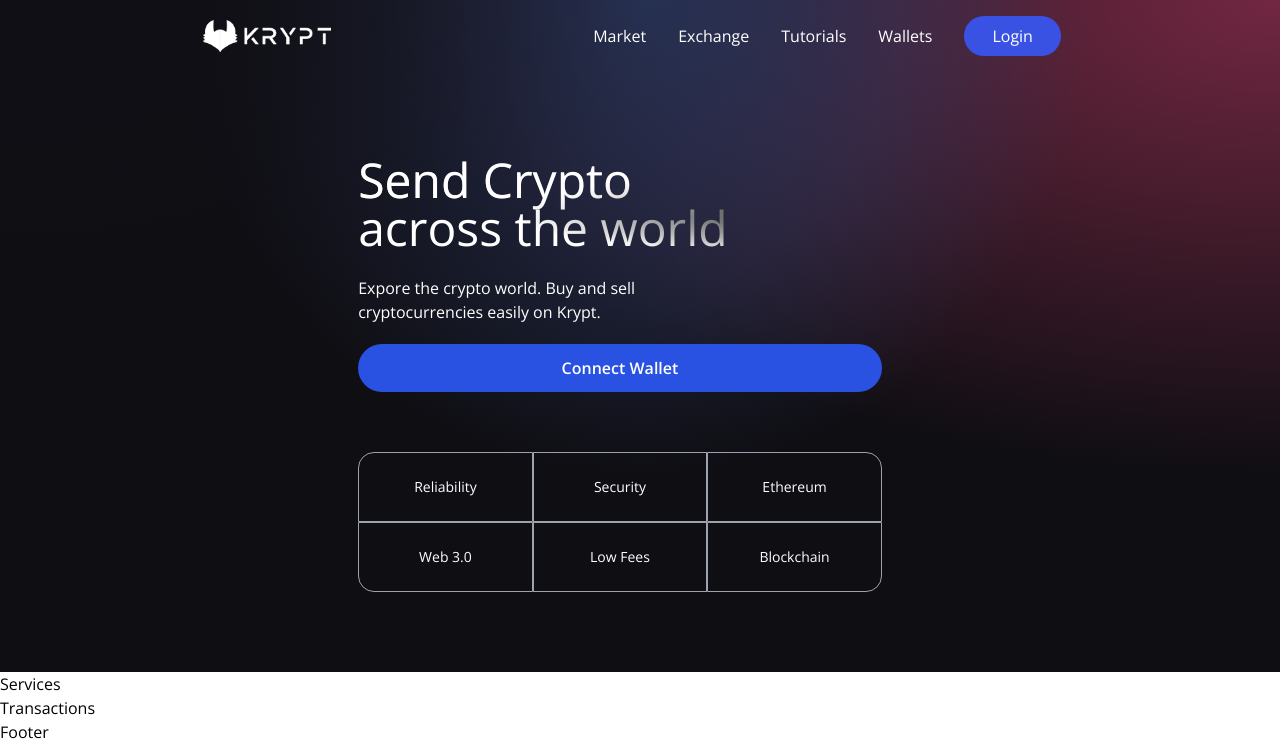
Repository: stephan-chiorean/krypt
Page: / (app in client/)
An editor plug-in stored every save of this project. The page is shown before and after the next save, followed by the edit.
The browser window is 1280 px wide. The pictures show the whole page.
The project was rebuilt for these pictures with package versions that can differ from the ones it lists, and the page was loaded fresh each time. Also part of the build but not shown: client/vite.config.js, client/src/components/Loader.jsx.

Above is the page before, as saved 2023-03-28 15:17:23.

### client/src/App.jsx
import {Navbar, Welcome, Footer, Services, Transactions} from './components';

const App = () => {

  return (
    <div className="min-h-screen">
      <div className="gradient-bg-welcome">
        <Navbar/>
        <Welcome/>
      </div>
      <Services/>
      <Transactions/>
      <Footer/>
    </div>
  )
}

export default App

### client/src/components/index.js
export {default as Loader} from './Loader';
export {default as Navbar} from './Navbar';
export {default as Footer} from './Footer';
export {default as Welcome} from './Welcome';
export {default as Transactions} from './Transactions';
export {default as Services} from './Services';

### client/src/components/Navbar.jsx
import { HiMenuAlt4 } from 'react-icons/hi';
import { AiOutlineClose } from 'react-icons/ai';
import { useState } from 'react';

import logo from '../../images/logo.png';

const NavbarItem = ({ title, classProps }) => {
  return <li className={`mx-4 cursor-pointer ${classProps}`}>{title}</li>;
};
export default () => {
  const [toggleMenu, setToggleMenu] = useState(false);
  return (
    <nav className='w-full flex md:justify-center justify-between items-center p-4'>
      <div className='md:flex-[0.5] flex-initial justify-center items-center'>
        <img src={logo} alt='logo' className='w-32 cursor-pointer' />
      </div>
      <ul className='text-white md:flex hidden list-none flex-row justify-between items-center flex-initial'>
        {['Market', 'Exchange', 'Tutorials', 'Wallets'].map((item, index) => (
          <NavbarItem key={item + index} title={item} />
        ))}
        <li className='bg-[#3952e3] py-2 px-7 mx-4 rounded-full cursor-pointer hover:bg-[#2546bd]'>
          Login
        </li>
      </ul>
      <div className='flex relative'>
        {toggleMenu ? (
          <AiOutlineClose
            fontSize={28}
            className='text-white md:hidden cursor-pointer'
            onClick={() => setToggleMenu(false)}
          />
        ) : (
          <HiMenuAlt4
            fontSize={28}
            className='text-white md:hidden cursor-pointer'
            onClick={() => setToggleMenu(true)}
          />
        )}
        {toggleMenu && (
          <ul className="z-10 fixed top-0 -right-2 p-3 w-[70vw] h-screen shadow-2xl md:hidden list-none flex flex-col justify-start items-end rounded-md blue-glassmorphism text-white animate-slide-in">
            <li className='text-xl w-full my-2'>
              <AiOutlineClose onClick={() => setToggleMenu(false)} className="cursor-pointer"/>
            </li>
            {['Market', 'Exchange', 'Tutorials', 'Wallets'].map(
              (item, index) => (
                <NavbarItem key={item + index} title={item} classProps="my-2 text-lg"/>
              )
            )}
          </ul>
        )}
      </div>
    </nav>
  );
};

### client/src/components/Footer.jsx
import React from 'react'

export default() => {
  return (
    <div>Footer</div>
  )
}

### client/src/components/Welcome.jsx
import {AiFillPlayCircle} from "react-icons/ai"
import {SiEthereum} from "react-icons/si";
import {BsInfoCircle} from "react-icons/bs";
import {Loader} from './'
const commonStyles = 'min-h-[70px] sm:px-0 px-2 sm:min-w-[120px] flex justify-center items-center border-[0.5px] border-gray-400 text-sm font-light text-white'


export default() => {
  const connectWallet = () => {

  }
  return (
    <div className="flex w-full justify-center items-center">
      <div className="flex md:flex-row flex-col itesm-start justify-between md:p-20 py-12 px-4">
        <div className="flex flex-1 justify-start flex-col md:mr-10">
          <h1 className="text-3xl sm:text-5xl text-white text-gradient py-1">Send Crypto <br/> across the world</h1>
          <p className="text-left mt-5 text-white font-light md:w-9/12 w-11/12 text-base">
            Expore the crypto world. Buy and sell cryptocurrencies easily on Krypt.
          </p>
          <button type="button" onClick={connectWallet} className="flex flex-row justify-center items-center my-5 bg-[#2952e3] p-3 rounded-full cursor-pointer hover:bg-[#2546bd]">
            <p className="text-white text-base font-semibold">
              Connect Wallet
            </p>
          </button>


          <div className="grid sm:grid-cols-3 grid-cols-2 w-full mt-10">
            <div className={`rounded-tl-2xl ${commonStyles}`}>
              Reliability
            </div>
            <div className={commonStyles}>Security</div>
            <div className={`sm:rounded-tr-2xl ${commonStyles}`}>
              Ethereum
            </div>
            <div className={`sm:rounded-bl-2xl ${commonStyles}`}>
              Web 3.0
            </div>
            <div className={commonStyles}>Low Fees</div>
            <div className={`rounded-br-2xl ${commonStyles}`}>
              Blockchain
            </div>
          </div>





        </div>
      </div>
    </div>
  )
}

### client/src/components/Transactions.jsx
import React from 'react'

export default() => {
  return (
    <div>Transactions</div>
  )
}

### client/src/components/Services.jsx
import React from 'react'

export default() => {
  return (
    <div>Services</div>
  )
}

Loaded but not shown: client/index.html (common file); client/src/main.jsx (common file); client/src/index.css (common file); client/tailwind.config.js (common file)

After the next save:
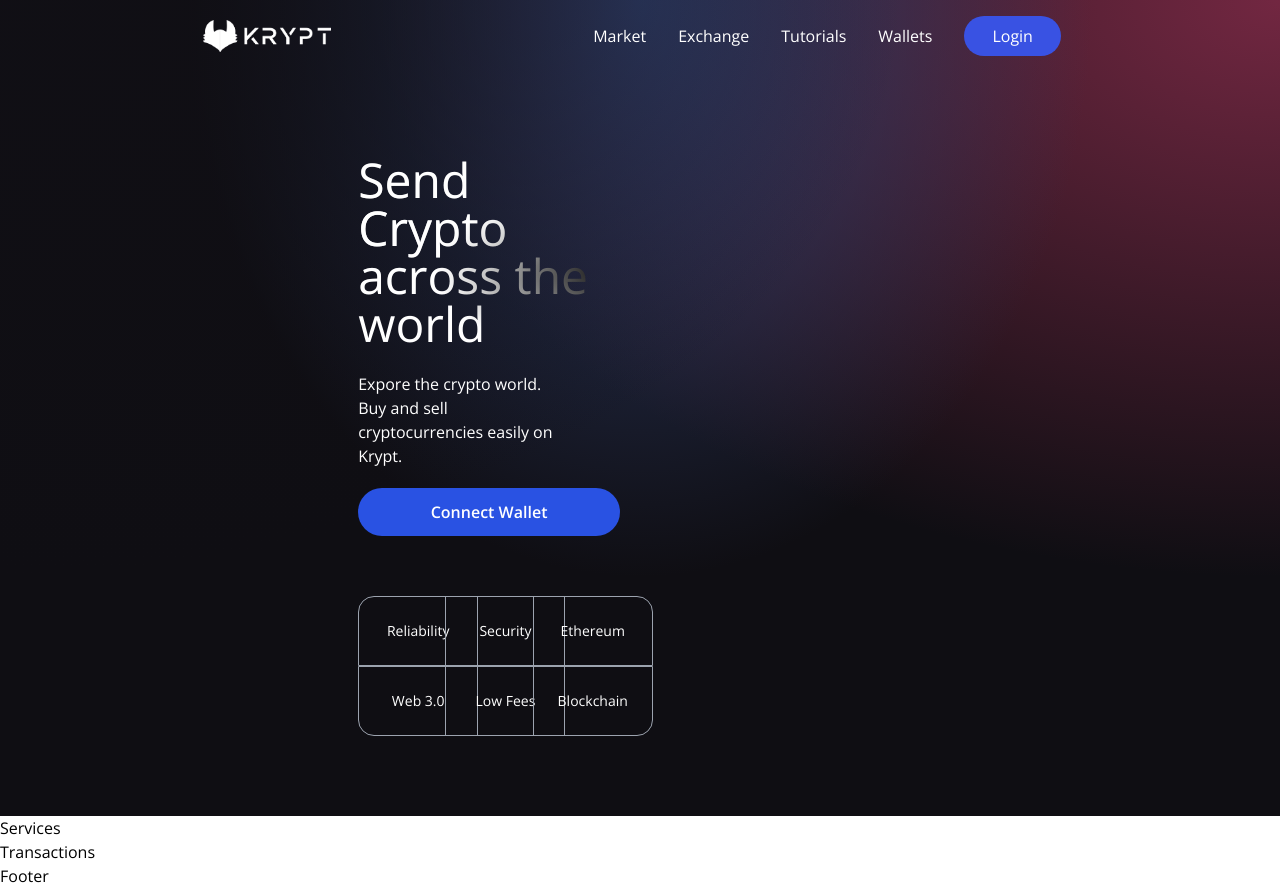
Saved 2 min 34 s later.
--- a/client/src/components/Welcome.jsx
+++ b/client/src/components/Welcome.jsx
@@ -1,52 +1,45 @@
-import {AiFillPlayCircle} from "react-icons/ai"
-import {SiEthereum} from "react-icons/si";
-import {BsInfoCircle} from "react-icons/bs";
-import {Loader} from './'
-const commonStyles = 'min-h-[70px] sm:px-0 px-2 sm:min-w-[120px] flex justify-center items-center border-[0.5px] border-gray-400 text-sm font-light text-white'
+import { AiFillPlayCircle } from 'react-icons/ai';
+import { SiEthereum } from 'react-icons/si';
+import { BsInfoCircle } from 'react-icons/bs';
+import { Loader } from './';
+const commonStyles =
+  'min-h-[70px] sm:px-0 px-2 sm:min-w-[120px] flex justify-center items-center border-[0.5px] border-gray-400 text-sm font-light text-white';
 
-
-export default() => {
-  const connectWallet = () => {
-
-  }
+export default () => {
+  const connectWallet = () => {};
   return (
-    <div className="flex w-full justify-center items-center">
-      <div className="flex md:flex-row flex-col itesm-start justify-between md:p-20 py-12 px-4">
-        <div className="flex flex-1 justify-start flex-col md:mr-10">
-          <h1 className="text-3xl sm:text-5xl text-white text-gradient py-1">Send Crypto <br/> across the world</h1>
-          <p className="text-left mt-5 text-white font-light md:w-9/12 w-11/12 text-base">
-            Expore the crypto world. Buy and sell cryptocurrencies easily on Krypt.
+    <div className='flex w-full justify-center items-center'>
+      <div className='flex md:flex-row flex-col itesm-start justify-between md:p-20 py-12 px-4'>
+        <div className='flex flex-1 justify-start flex-col md:mr-10'>
+          <h1 className='text-3xl sm:text-5xl text-white text-gradient py-1'>
+            Send Crypto <br /> across the world
+          </h1>
+          <p className='text-left mt-5 text-white font-light md:w-9/12 w-11/12 text-base'>
+            Expore the crypto world. Buy and sell cryptocurrencies easily on
+            Krypt.
           </p>
-          <button type="button" onClick={connectWallet} className="flex flex-row justify-center items-center my-5 bg-[#2952e3] p-3 rounded-full cursor-pointer hover:bg-[#2546bd]">
-            <p className="text-white text-base font-semibold">
-              Connect Wallet
-            </p>
+          <button
+            type='button'
+            onClick={connectWallet}
+            className='flex flex-row justify-center items-center my-5 bg-[#2952e3] p-3 rounded-full cursor-pointer hover:bg-[#2546bd]'
+          >
+            <p className='text-white text-base font-semibold'>Connect Wallet</p>
           </button>
 
+          <div className='grid sm:grid-cols-3 grid-cols-2 w-full mt-10'>
+            <div className={`rounded-tl-2xl ${commonStyles}`}>Reliability</div>
+            <div className={commonStyles}>Security</div>
+            <div className={`sm:rounded-tr-2xl ${commonStyles}`}>Ethereum</div>
+            <div className={`sm:rounded-bl-2xl ${commonStyles}`}>Web 3.0</div>
+            <div className={commonStyles}>Low Fees</div>
+            <div className={`rounded-br-2xl ${commonStyles}`}>Blockchain</div>
+          </div>
+        </div>
 
-          <div className="grid sm:grid-cols-3 grid-cols-2 w-full mt-10">
-            <div className={`rounded-tl-2xl ${commonStyles}`}>
-              Reliability
-            </div>
-            <div className={commonStyles}>Security</div>
-            <div className={`sm:rounded-tr-2xl ${commonStyles}`}>
-              Ethereum
-            </div>
-            <div className={`sm:rounded-bl-2xl ${commonStyles}`}>
-              Web 3.0
-            </div>
-            <div className={commonStyles}>Low Fees</div>
-            <div className={`rounded-br-2xl ${commonStyles}`}>
-              Blockchain
-            </div>
-          </div>
-
-
-
-
+        <div className="flex flex-col flex-1 items-center justify-start w-full md:mt-0 mt-10">
 
         </div>
       </div>
     </div>
-  )
-}
+  );
+};
